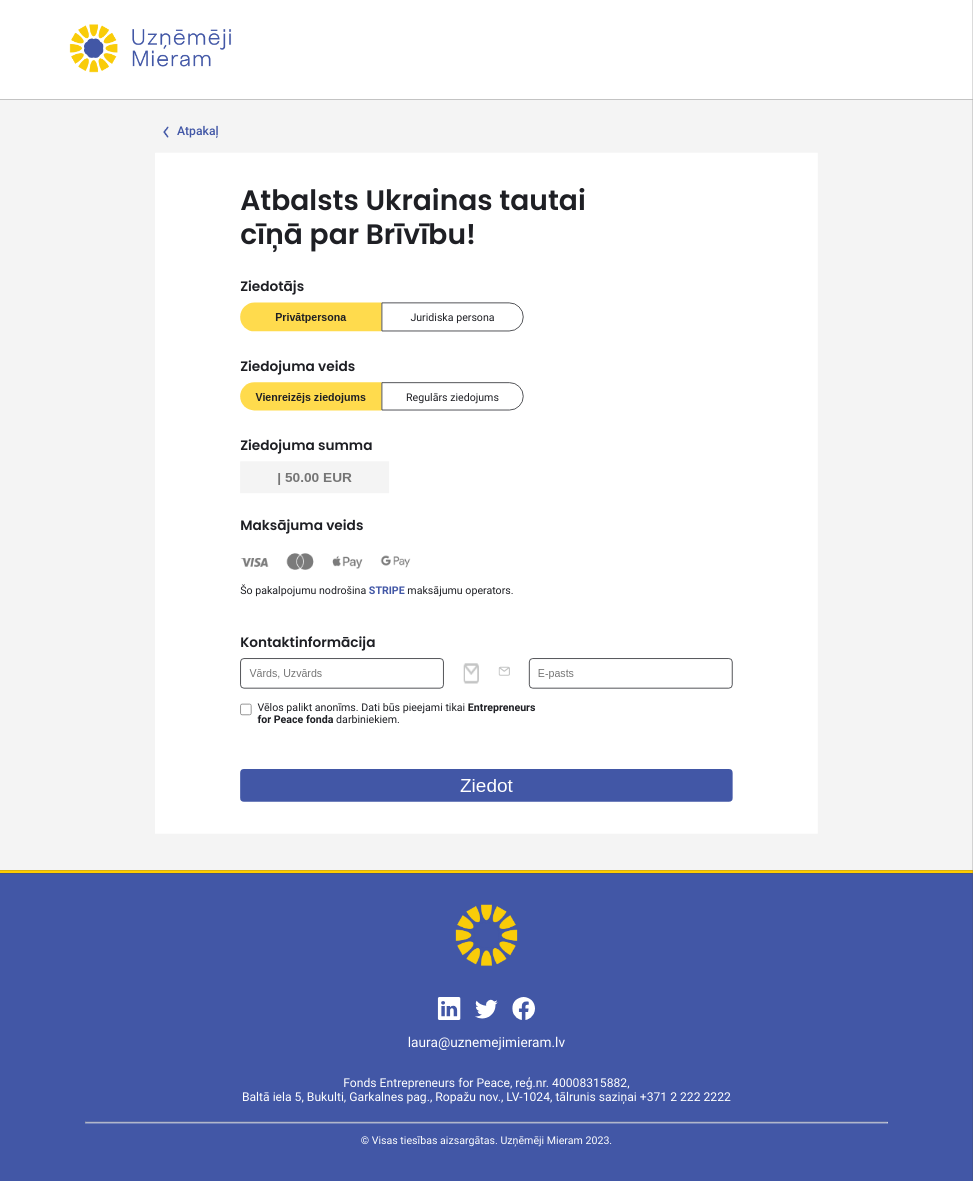
Repository: KatrinaPa/projekts_jul
Page: donate_Ukr-private-onetime.html
An editor plug-in stored every save of this project. The page is shown before and after the next save, followed by the edit.
The browser window is 1280 px wide. The pictures show the whole page, at 76% of full size.

Above is the page before, as saved 2023-08-01 10:08:48.
Console error: TypeError: Cannot read properties of null (reading 'addEventListener')

After the next save:
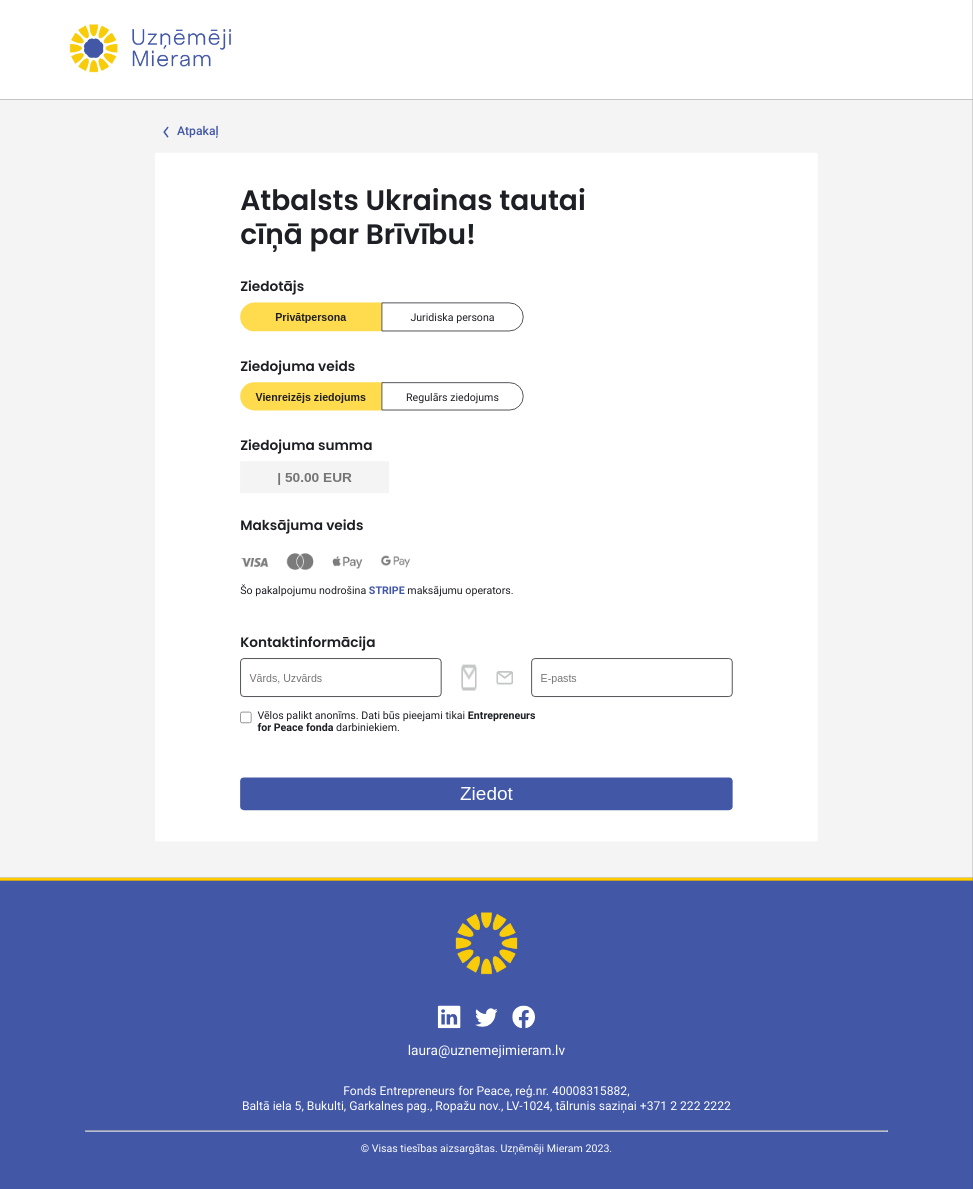
Saved 32 s later.
--- a/donate_Ukr-private-onetime.html
+++ b/donate_Ukr-private-onetime.html
@@ -71,7 +71,7 @@
                                 <div class="inputs-details">
                                     <input type="text" placeholder="Vārds, Uzvārds" />
                                     <img src="assets/images/e-mail.png" id="email">
-                                    <svg width="40" height="34" viewBox="0 0 20 17" fill="none"
+                                    <svg width="60" height="51" viewBox="0 0 20 17" fill="none"
                                         xmlns="http://www.w3.org/2000/svg">
                                         <path
                                             d="M17 0.791748H2.99999C2.20434 0.791748 1.44128 1.10782 0.878672 1.67043C0.316063 2.23304 -7.62939e-06 2.9961 -7.62939e-06 3.79175V13.7917C-7.62939e-06 14.5874 0.316063 15.3505 0.878672 15.9131C1.44128 16.4757 2.20434 16.7917 2.99999 16.7917H17C17.7956 16.7917 18.5587 16.4757 19.1213 15.9131C19.6839 15.3505 20 14.5874 20 13.7917V3.79175C20 2.9961 19.6839 2.23304 19.1213 1.67043C18.5587 1.10782 17.7956 0.791748 17 0.791748ZM16.33 2.79175L9.99999 7.54175L3.66999 2.79175H16.33ZM17 14.7917H2.99999C2.73478 14.7917 2.48042 14.6864 2.29289 14.4989C2.10535 14.3113 1.99999 14.057 1.99999 13.7917V4.04175L9.39999 9.59175C9.57309 9.72157 9.78362 9.79175 9.99999 9.79175C10.2164 9.79175 10.4269 9.72157 10.6 9.59175L18 4.04175V13.7917C18 14.057 17.8946 14.3113 17.7071 14.4989C17.5196 14.6864 17.2652 14.7917 17 14.7917Z"
